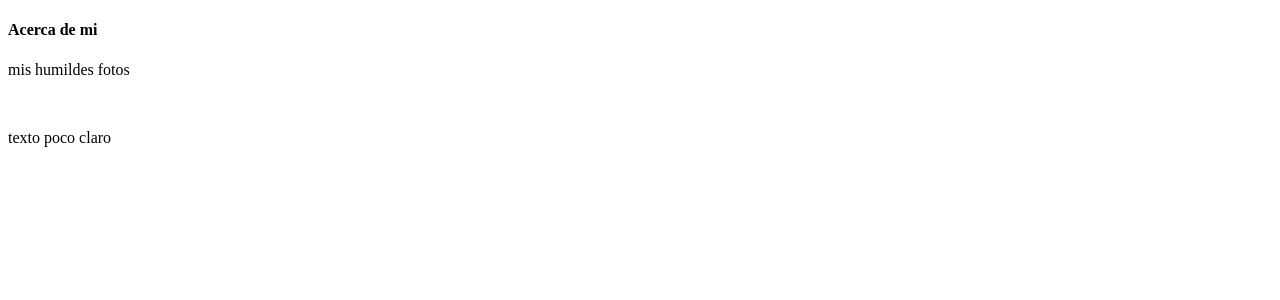
Repository: jsfc2199/PracticaGit
Page: aside.html
An editor plug-in stored every save of this project. The page is shown before and after the next save, followed by the edit.
The browser window is 1280 px wide. The pictures show the whole page.

Above is the page before, as saved 2022-04-13 09:31:53.

### aside.html
<!DOCTYPE html>
<html lang="en">
  <head>
    <meta charset="UTF-8" />
    <meta http-equiv="X-UA-Compatible" content="IE=edge" />
    <meta name="viewport" content="width=device-width, initial-scale=1.0" />
    <title>Aside</title>
  </head>
  <body>
    <section>
      <div>
        <h4>Acerca de mi</h4>
        <p>mis humildes fotos</p>
        <img src="" alt="" />
        <p>texto poco claro</p>
      </div>
      <div></div>
    </section>
  </body>
</html>

After the next save:
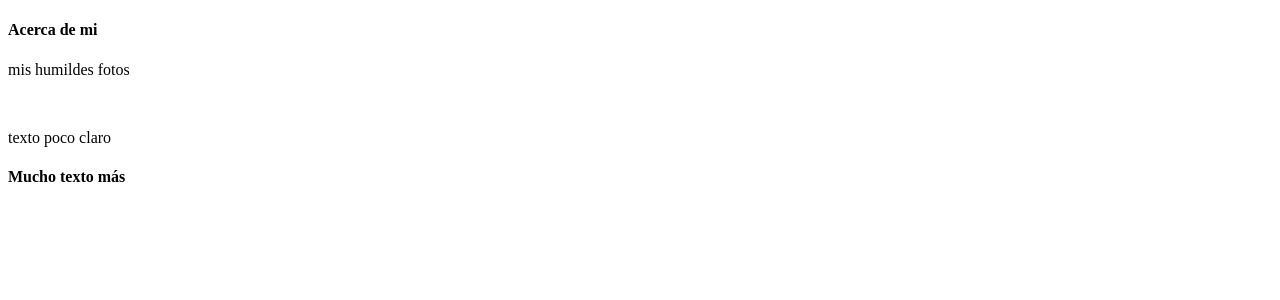
Saved 12 s later.
--- a/aside.html
+++ b/aside.html
@@ -14,7 +14,9 @@
         <img src="" alt="" />
         <p>texto poco claro</p>
       </div>
-      <div></div>
+      <div>
+        <h4>Mucho texto más</h4>
+      </div>
     </section>
   </body>
 </html>
